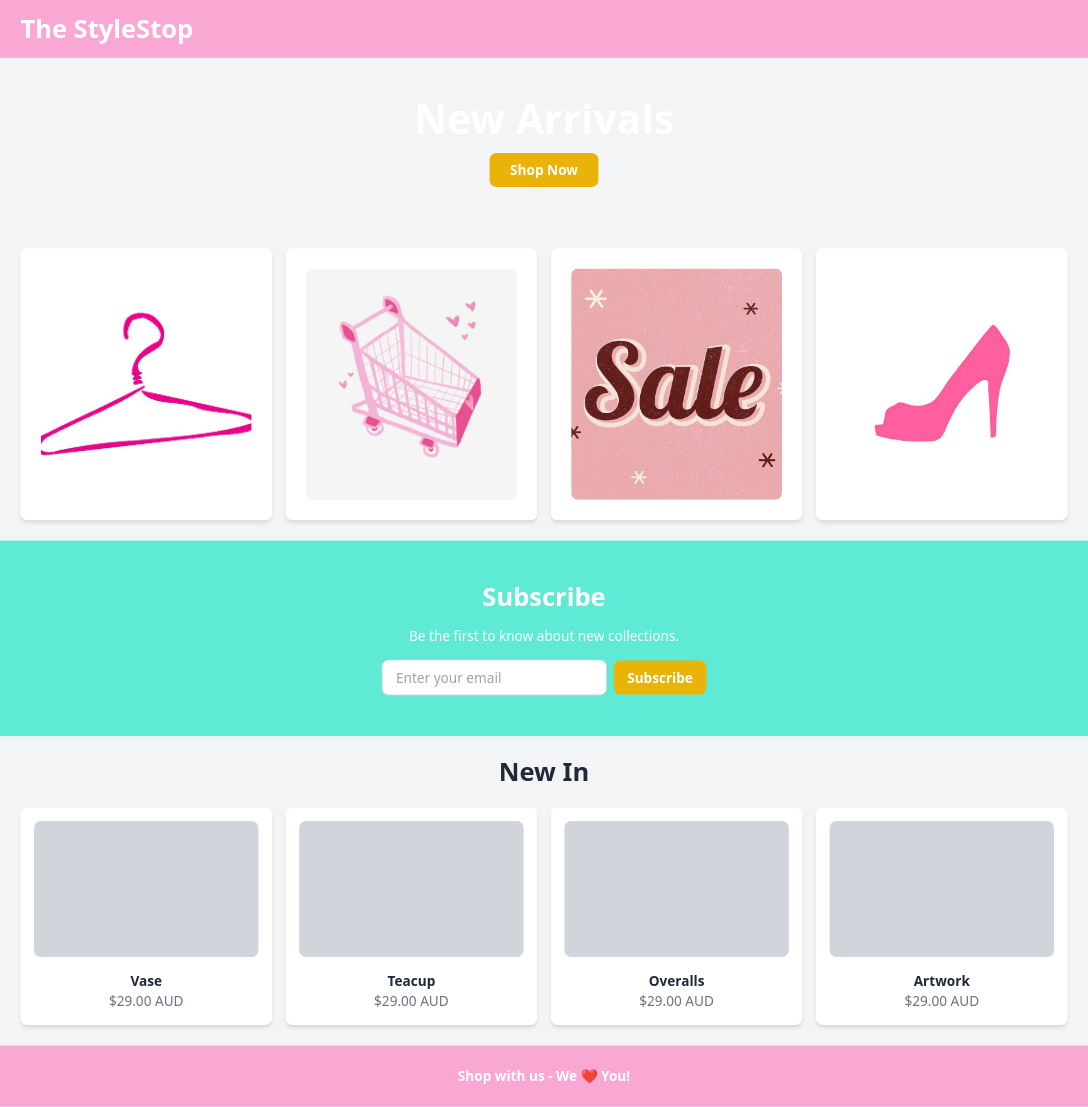
Repository: prathyushaa5/BuyYours
Page: / (app in Frontend/)
The author's editor kept a copy of each file at every save. The page is drawn from the files as they stood at one save, then again after the next save.
The browser window is 1280 px wide. The pictures show the whole page, at 85% of full size.
The project was rebuilt for these pictures with package versions that can differ from the ones it lists, and the page was loaded fresh each time. Also part of the build but not shown: Frontend/vite.config.js, Frontend/src/components/Login.jsx, Frontend/src/components/Signup.jsx, Frontend/src/components/Home.jsx.

Above is the page before, as saved 2025-02-13 17:42:00.

### Frontend/src/App.jsx
import { BrowserRouter as Router, Routes, Route } from "react-router-dom";
import { useState } from "react";
import Main from "./components/Main";
import Login from "./components/Login";
import Signup from "./components/Signup";
import Home from "./components/Home";

export default function App() {
  const [token, setToken] = useState(null);

  const handleLogin = (userToken) => {
    setToken(userToken);
  };

  return (
    <Router>
      <Routes>
        {/* Show Main page first */}
        <Route path="/" element={<Main />} />

        {/* Login Page */}
        <Route path="/login" element={<Login onLogin={handleLogin} />} />

        {/* Signup Page */}
        <Route path="/signup" element={<Signup />} />

        {/* Home Page (Protected) */}
        <Route path="/home" element={token ? <Home /> : <Login onLogin={handleLogin} />} />
      </Routes>
    </Router>
  );
}

### Frontend/src/components/Main.jsx
import image1 from "../assets/cards/hanger.jpeg";
import image2 from "../assets/cards/pink.jpeg";
import image3 from "../assets/cards/sale.jpeg";
import image4 from "../assets/cards/shoes.jpeg";
import { useNavigate } from "react-router-dom";
export default function MainPage() {
  const navigate = useNavigate();
  return (
    <div className="bg-gray-100 min-h-screen text-gray-800">
      {/* Navbar */}
      <nav className="bg-pink-300 py-4 px-6 flex justify-between items-center">
        <h1 className="text-3xl font-bold text-white">The StyleStop</h1>
      </nav>

      {/* Hero Section */}
      <section className="flex flex-col items-center text-center py-12 bg-violet-600,">
        <h2 className="text-5xl font-extrabold text-white mb-4">New Arrivals</h2>
        <button className="bg-yellow-500 px-6 py-2 text-white font-bold rounded-lg hover:bg-yellow-600" onClick={()=>navigate("/login")}>Shop Now</button>
      </section>

      {/* Categories (Replaced with Images) */}
      <div className="grid grid-cols-2 md:grid-cols-4 gap-4 p-6">
        {[image1, image2, image3, image4].map((image, index) => (
          <div key={index} className="bg-white p-6 text-center rounded-lg shadow-md h-80">
            <img src={image} alt={`Category ${index + 1}`} className="w-full h-full object-cover rounded-lg" />
          </div>
        ))}
      </div>

      {/* Subscribe Section */}
      <section className="bg-teal-300 text-center py-12">
        <h3 className="text-3xl font-extrabold text-white mb-4">Subscribe</h3>
        <p className="text-white">Be the first to know about new collections.</p>
        <input type="email" placeholder="Enter your email" className="mt-4 px-4 py-2 rounded-lg border border-gray-300" />
        <button className="ml-2 bg-yellow-500 px-4 py-2 text-white font-bold rounded-lg hover:bg-yellow-600">Subscribe</button>
      </section>

      {/* Products */}
      <section className="p-6">
        <h3 className="text-3xl font-bold text-center mb-6">New In</h3>
        <div className="grid grid-cols-2 md:grid-cols-4 gap-4">
          {["Vase", "Teacup", "Overalls", "Artwork"].map((product, index) => (
            <div key={index} className="bg-white p-4 rounded-lg shadow-md text-center">
              <div className="bg-gray-300 h-40 rounded-lg mb-4"></div>
              <p className="font-bold">{product}</p>
              <p className="text-gray-500">$29.00 AUD</p>
            </div>
          ))}
        </div>
      </section>

      {/* Footer */}
      <footer className="bg-pink-300 text-center py-6 text-white font-bold">
        Shop with us - We ❤️ You!
      </footer>
    </div>
  );
}

Loaded but not shown: Frontend/index.html (common file); Frontend/src/main.jsx (common file); Frontend/src/index.css (common file); Frontend/tailwind.config.js (common file)

After the next save:
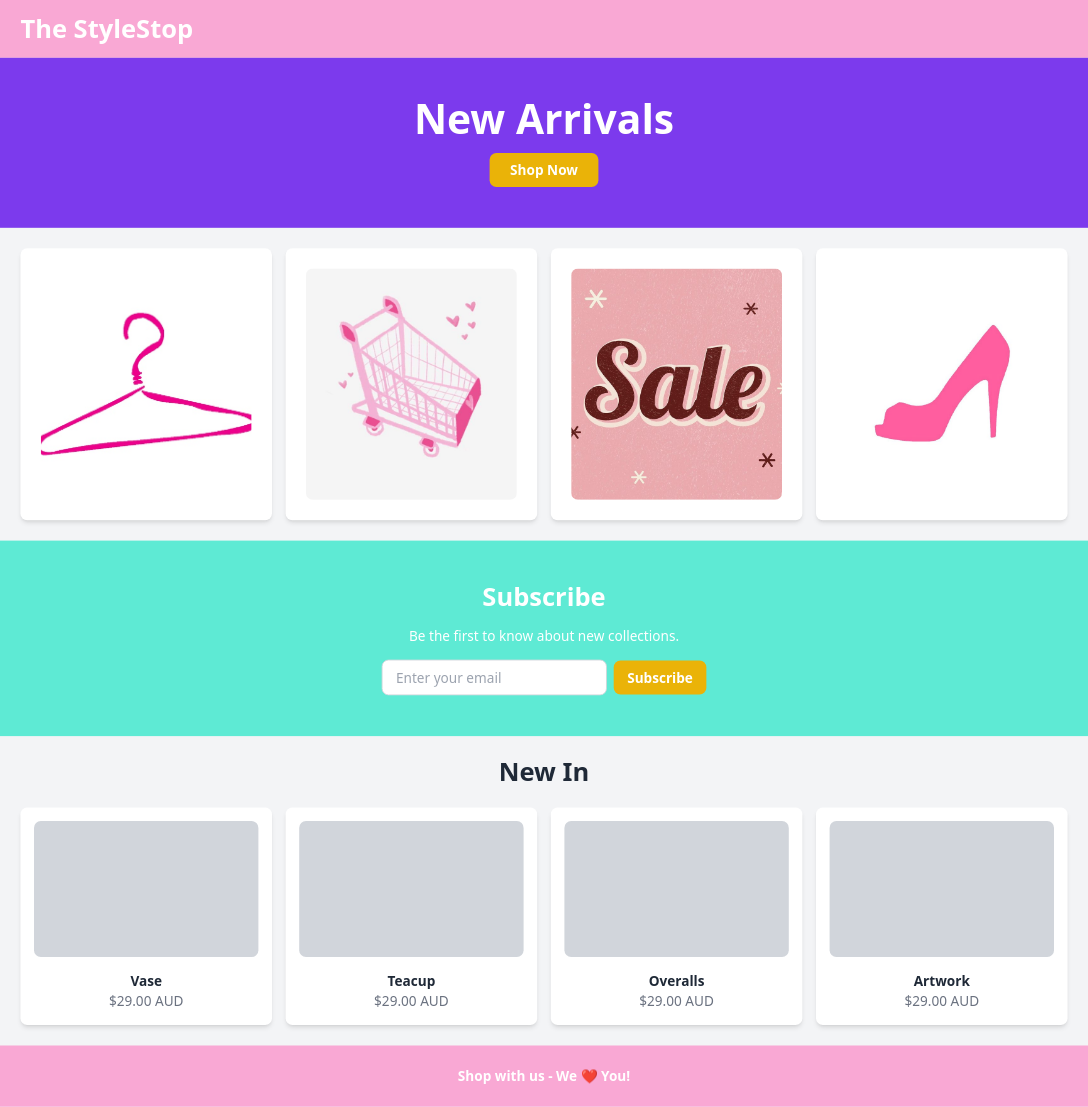
Saved 7 s later.
--- a/Frontend/src/components/Main.jsx
+++ b/Frontend/src/components/Main.jsx
@@ -13,7 +13,7 @@ export default function MainPage() {
       </nav>
 
       {/* Hero Section */}
-      <section className="flex flex-col items-center text-center py-12 bg-violet-600,">
+      <section className="flex flex-col items-center text-center py-12 bg-violet-600">
         <h2 className="text-5xl font-extrabold text-white mb-4">New Arrivals</h2>
         <button className="bg-yellow-500 px-6 py-2 text-white font-bold rounded-lg hover:bg-yellow-600" onClick={()=>navigate("/login")}>Shop Now</button>
       </section>
